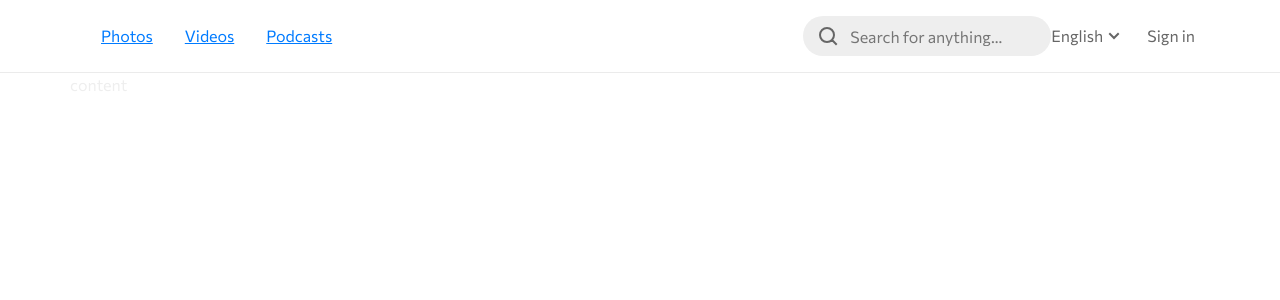
Repository: densavi/djinni
Page: index.html
The author's editor kept a copy of each file at every save. The page is drawn from the files as they stood at one save, then again after the next save.
The browser window is 1280 px wide. The pictures show the whole page.
The style sheet was rebuilt from its Sass, Less or Tailwind sources for each picture, by a compiler version that may differ from the author's.

Above is the page before, as saved 2023-04-10 21:50:28.

### index.html
<!DOCTYPE html>
<html lang="en">
<head>
  <meta charset="UTF-8">
  <meta http-equiv="X-UA-Compatible" content="IE=edge">
  <meta name="viewport" content="width=device-width, initial-scale=1.0">
  <title>Photos</title>
  <link rel="stylesheet" href="https://cdn.jsdelivr.net/npm/bootstrap@4.6.2/dist/css/bootstrap.min.css" integrity="sha384-xOolHFLEh07PJGoPkLv1IbcEPTNtaed2xpHsD9ESMhqIYd0nLMwNLD69Npy4HI+N" crossorigin="anonymous">
  <link rel="stylesheet" href="css/style.css">
</head>
<body>

  <header class="header">
    <div class="container">
      <div class="row d-flex justify-content-between align-items-center">
        <div class="col">
          <nav class="header__nav">
            <ul class="nav">
              <li class="nav-item">
                <a class="nav-link active" aria-current="page" href="#">Photos</a>
              </li>
              <li class="nav-item">
                <a class="nav-link" href="#">Videos</a>
              </li>
              <li class="nav-item">
                <a class="nav-link" href="#">Podcasts</a>
              </li>
            </ul>
          </nav>
        </div>
        <div class="col d-flex align-items-center justify-content-end">
          <label for="search" class="header__search">
            <img src="img/search.svg" alt="Search">
            <input type="search" placeholder="Search for anything...">
          </label>
          <div class="dropdown show">
            <a class="header__lang-link" href="#" role="button" id="dropdownMenuLink" data-toggle="dropdown" aria-haspopup="true" aria-expanded="false">
              English
              <svg width="12" height="8" viewBox="0 0 12 8" fill="none" xmlns="http://www.w3.org/2000/svg">
                <path d="M2 2L6 6L10 2" stroke="#666666" stroke-width="2" stroke-linecap="square"/>
              </svg>
            </a>

            <div class="dropdown-menu" aria-labelledby="dropdownMenuLink">
              <a class="dropdown-item" href="#">Action</a>
              <a class="dropdown-item" href="#">Another action</a>
              <a class="dropdown-item" href="#">Something else here</a>
            </div>
          </div>
          <a href="#" class="header__sign-in">Sign in</a>
        </div>
      </div>
    </div>
  </header>


  <div class="wrapper">
    <div class="container">
      <div class="row">
        content
    </div>
  </div>

  <!-- <script src="https://cdn.jsdelivr.net/npm/bootstrap@4.6.2/dist/js/bootstrap.min.js" integrity="sha384-+sLIOodYLS7CIrQpBjl+C7nPvqq+FbNUBDunl/OZv93DB7Ln/533i8e/mZXLi/P+" crossorigin="anonymous"></script> -->
  <script src="https://code.jquery.com/jquery-3.6.4.min.js" integrity="sha256-oP6HI9z1XaZNBrJURtCoUT5SUnxFr8s3BzRl+cbzUq8=" crossorigin="anonymous"></script>
  <script src="https://cdn.jsdelivr.net/npm/bootstrap@4.6.2/dist/js/bootstrap.bundle.min.js" integrity="sha384-Fy6S3B9q64WdZWQUiU+q4/2Lc9npb8tCaSX9FK7E8HnRr0Jz8D6OP9dO5Vg3Q9ct" crossorigin="anonymous"></script>
  <script src="js/main.js"></script>
</body>
</html>

### css/style.scss
@import url('https://fonts.googleapis.com/css2?family=Commissioner:wght@400;700&display=swap');

@import 'vars';
@import 'typo';

@import 'components/header';

### css/_vars.scss
$darkBlack: #292929;
$grey: #666666;
$lightGrey: #EEEEEE;

$orange: #ED7135;

$mainFont: 'Commissioner', sans-serif;

### css/_typo.scss
body {
  font: 16px/24px $mainFont;
  color: $lightGrey;
}

a {
  color: $mainFont;
  text-decoration: underline;
  &:hover {
    text-decoration: none;
  }
}

### css/components/_header.scss
.header {
  border-bottom: 1px solid #EBEBEB;
  padding: 16px 0;
  &__search {
    background: $lightGrey;
    padding: 0 0 0 16px;
    display: flex;
    align-items: center;
    border-radius: 100px;
    margin: 0;
    img {
      display: flex;
    }
    input[type="search"] {
      height: 40px;
      border: 0;
      background: transparent;
      outline: none;
      width: 100%;
      padding: 0 12px;
    }
  }
  &__sign-in {
    text-decoration: none;
    color: $grey;
    transition: color .3s ease;
    margin-left: 27px;
    &:hover {
      color: $orange;
    }
  }
  &__lang-link {
    color: $grey;
    text-decoration: none;
    transition: color .3s ease;
    svg {
      margin-left: 2px;
      transform: translateY(-2px);
      path {
        transition: transform .3s ease;
      }
    }
    &:hover {
      color: $orange;
      svg {
        path {
          stroke: $orange;
        }
      }
    }
  }
  .dropdown-item {
    text-decoration: none;
  }
}

Loaded but not shown: js/main.js (no stored copy; drawn as an empty file)

After the next save:
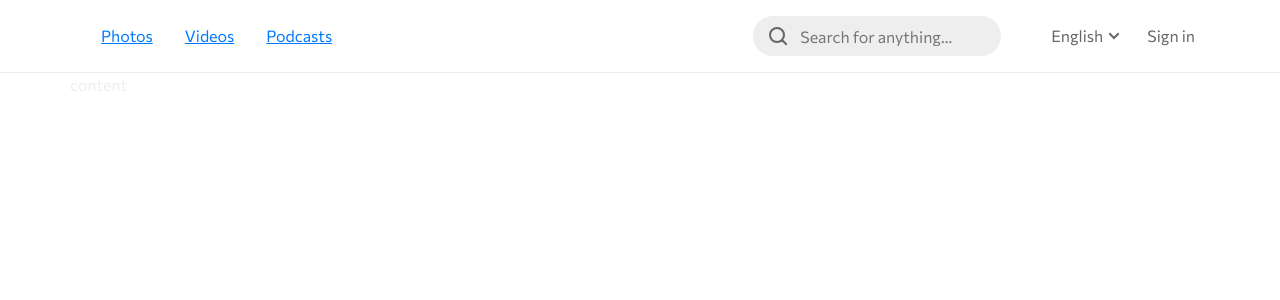
Saved 34 s later.
--- a/css/components/_header.scss
+++ b/css/components/_header.scss
@@ -52,4 +52,7 @@
   .dropdown-item {
     text-decoration: none;
   }
+  .dropdown {
+    margin-left: 50px;
+  }
 }
